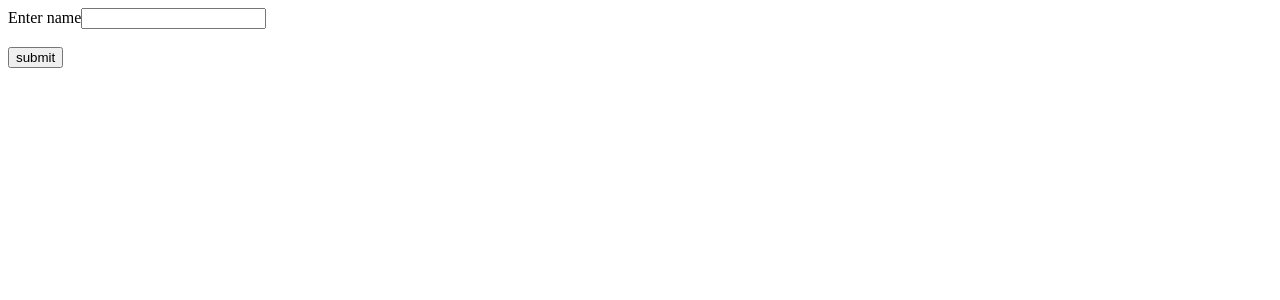
Repository: varnittyagi120/javaproject2
Page: eclipse-workspace/GetandPost/WebContent/index.html
An editor plug-in stored every save of this project. The page is shown before and after the next save, followed by the edit.
The browser window is 1280 px wide. The pictures show the whole page.

Above is the page before, as saved 2019-11-04 10:11:29.

After the next save:
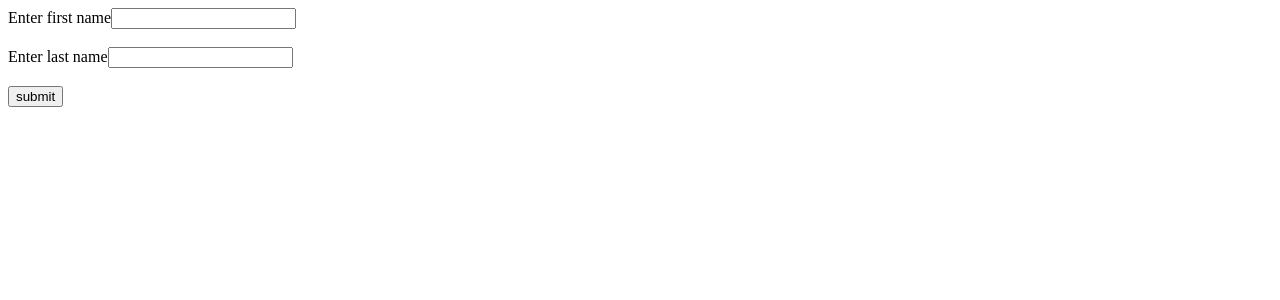
Saved 16 s later.
--- a/eclipse-workspace/GetandPost/WebContent/index.html
+++ b/eclipse-workspace/GetandPost/WebContent/index.html
@@ -4,7 +4,8 @@
 </head>
 <body>
     <form action="GetPostServlet" method="post">
-    Enter name<input type="text" name="fname"><br><br>
+    Enter first name<input type="text" name="fname"><br><br>
+    Enter last name<input type="text" name="lname"><br><br>
     <input type="submit" value="submit">
     </form>
 </body>
